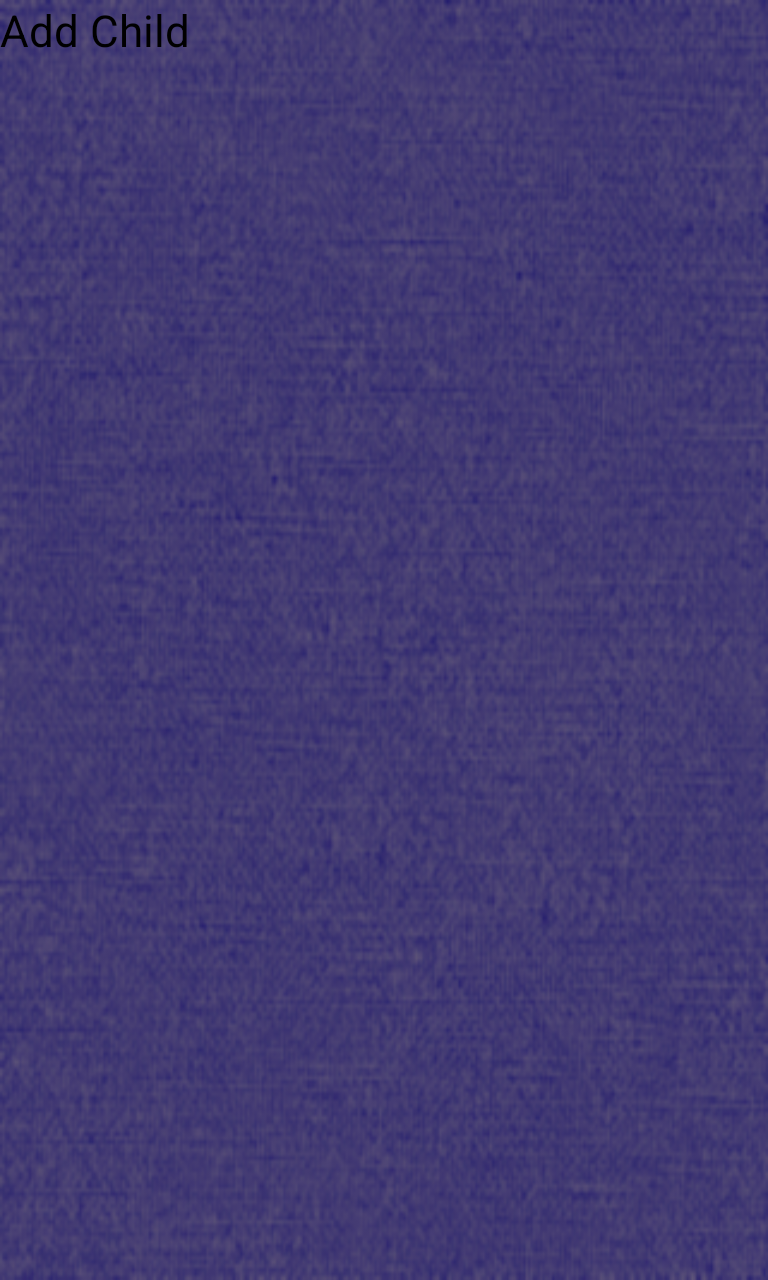
Repository: samanamp/RR-Controller
Layout: RRC app/res/layout/activity_child_setting.xml
An editor plug-in stored every save of this project. The layout is shown before and after the next save, followed by the edit.
It is drawn on a 768 x 1280 px phone screen (xhdpi) without system bars, with theme AppTheme; the app's code is not run.

Above is the layout before, as saved 2012-08-09 11:36:27.

### RRC app/res/layout/activity_child_setting.xml
<RelativeLayout xmlns:android="http://schemas.android.com/apk/res/android"
    xmlns:tools="http://schemas.android.com/tools"
    android:layout_width="match_parent"
    android:layout_height="match_parent"
    android:background="@drawable/bg_menu" >

    <TextView
        android:id="@+id/textView1"
        android:layout_width="wrap_content"
        android:layout_height="wrap_content"
        android:layout_alignParentLeft="true"
        android:layout_alignParentTop="true"
        android:text="Add Child"
        android:textColor="#000000"
        android:textAppearance="?android:attr/textAppearanceLarge" />

</RelativeLayout>

Loaded but not shown: RRC app/res/values/styles.xml (common file)

After the next save:
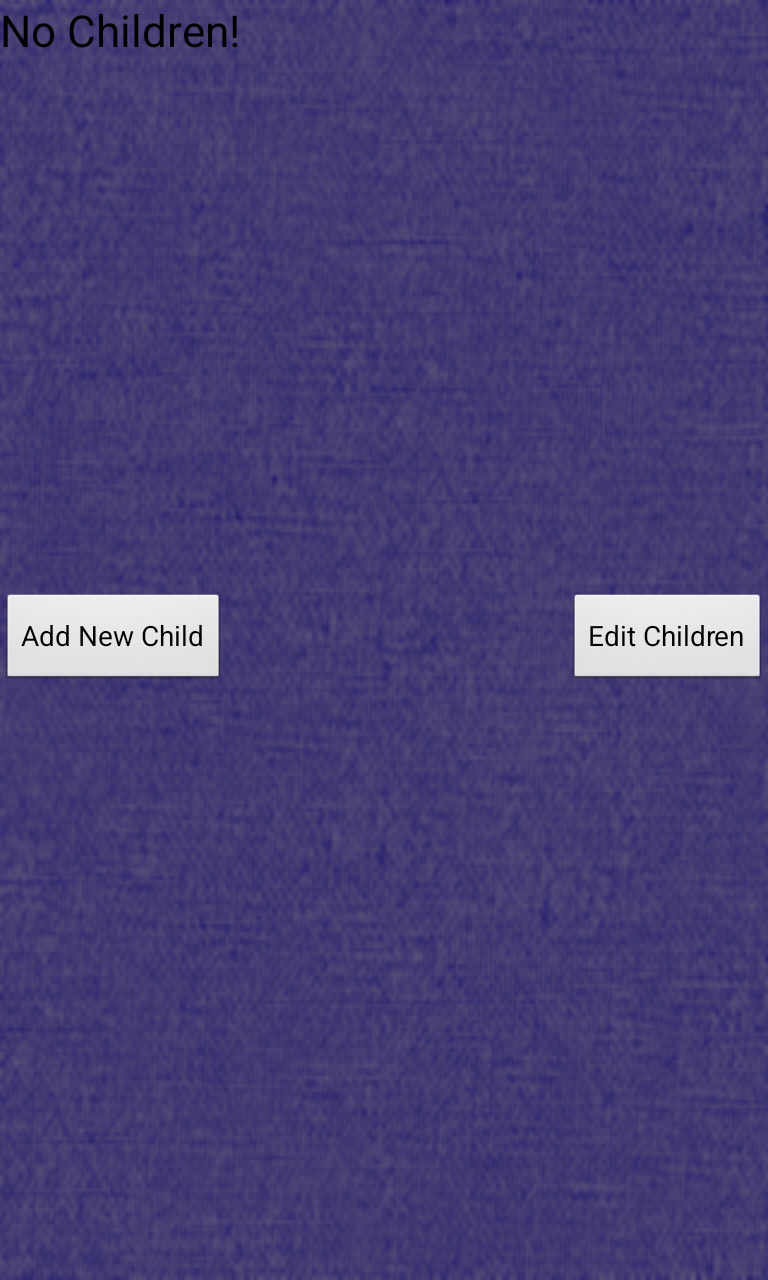
Saved 5 min 26 s later.
--- a/RRC app/res/layout/activity_child_setting.xml
+++ b/RRC app/res/layout/activity_child_setting.xml
@@ -10,8 +10,24 @@
         android:layout_height="wrap_content"
         android:layout_alignParentLeft="true"
         android:layout_alignParentTop="true"
-        android:text="Add Child"
-        android:textColor="#000000"
-        android:textAppearance="?android:attr/textAppearanceLarge" />
+        android:text="No Children!"
+        android:textAppearance="?android:attr/textAppearanceLarge"
+        android:textColor="#000000" />
+
+    <Button
+        android:id="@+id/button1"
+        android:layout_width="wrap_content"
+        android:layout_height="wrap_content"
+        android:layout_alignParentLeft="true"
+        android:layout_centerVertical="true"
+        android:text="Add New Child" />
+
+    <Button
+        android:id="@+id/button2"
+        android:layout_width="wrap_content"
+        android:layout_height="wrap_content"
+        android:layout_alignBottom="@+id/button1"
+        android:layout_alignParentRight="true"
+        android:text="Edit Children" />
 
 </RelativeLayout>
